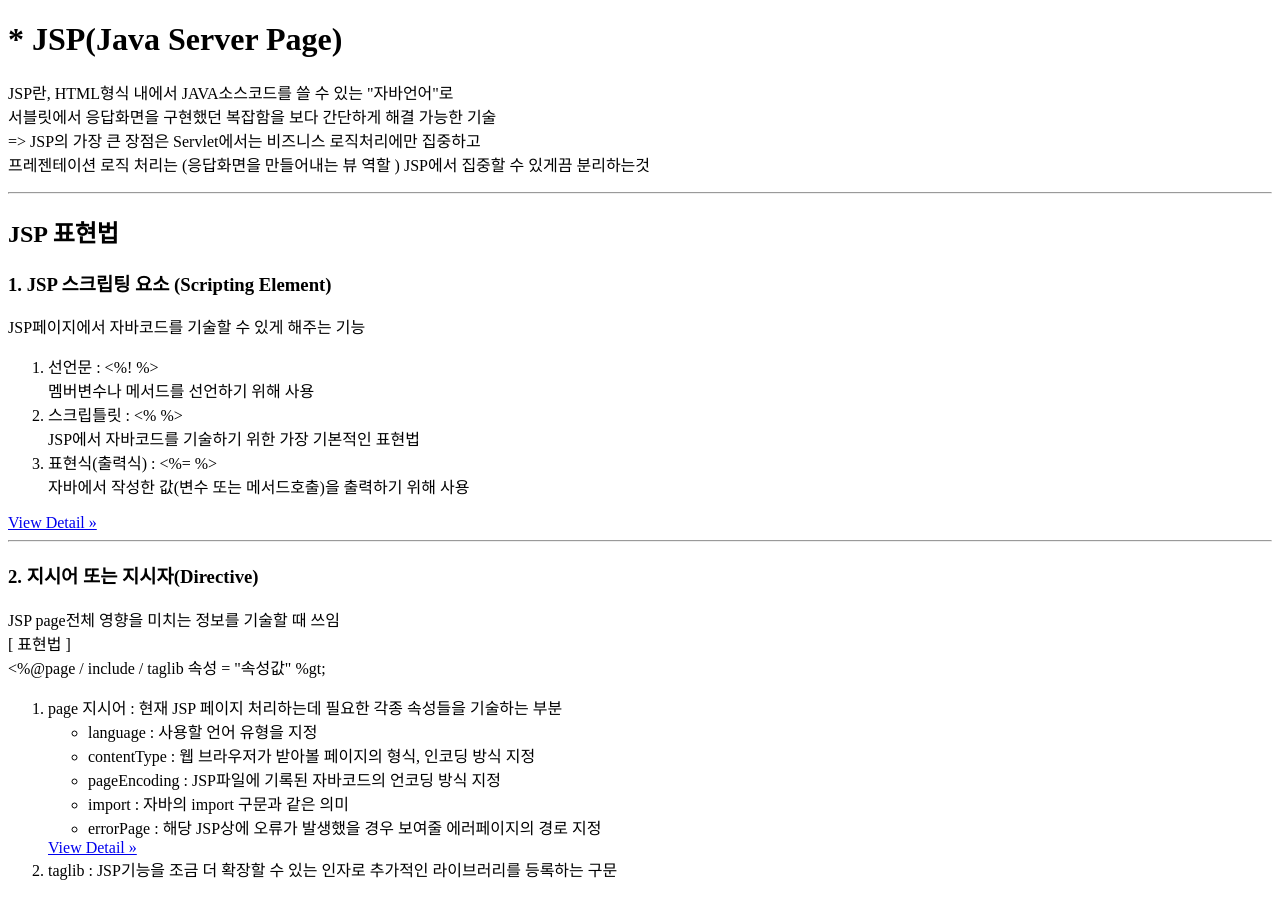
Repository: DonghwanSon1/StudyAndSubwayStore
Page: 2_JSP/WebContent/index.html
These files come from the project's save history. The page is drawn as it stood at one moment and after the next save; the edit follows.
The browser window is 1280 px wide. The pictures show the whole page.

Above is the page before, as saved 2022-06-02 07:17:40.

After the next save:
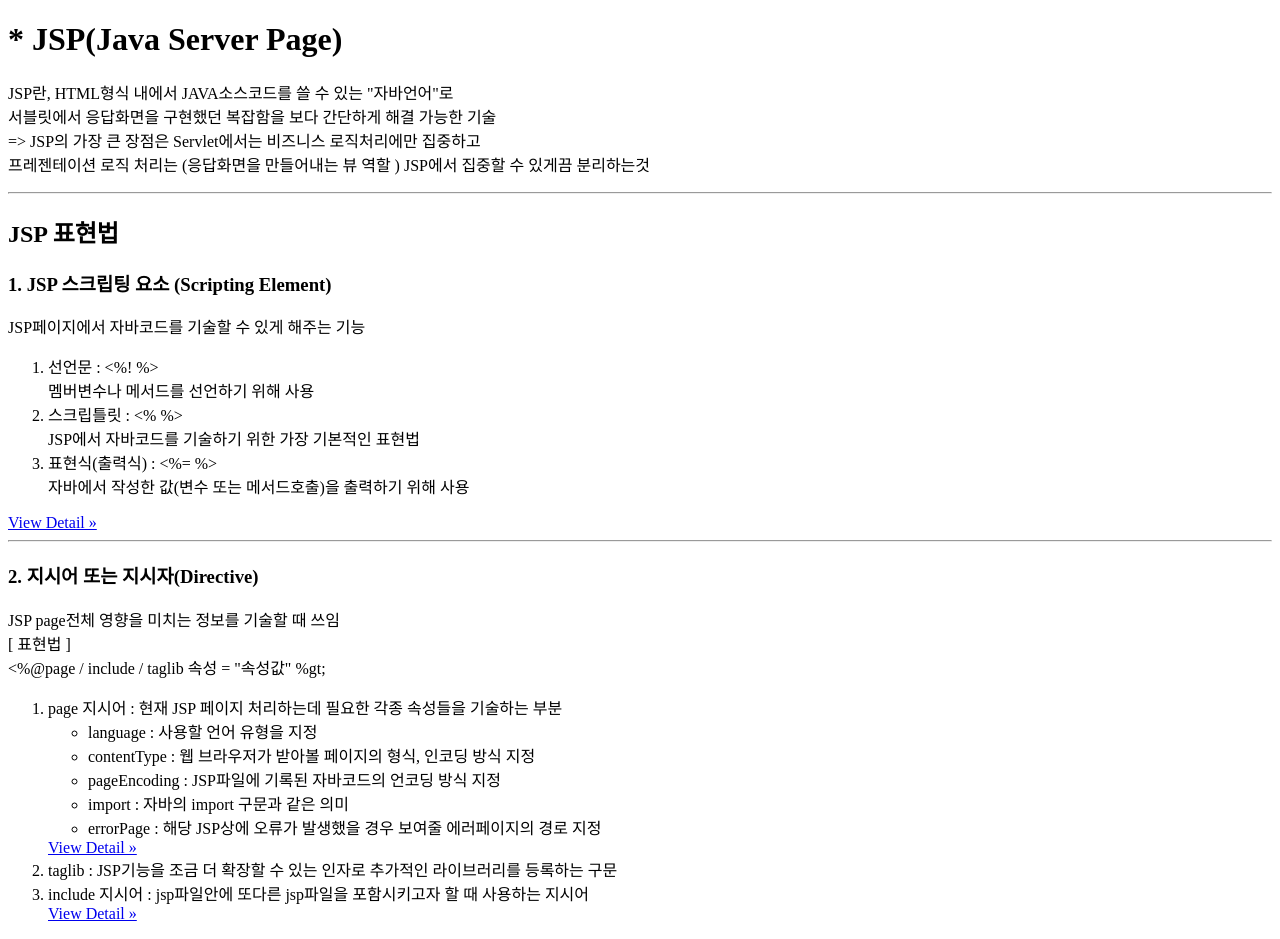
Saved 115 s later.
--- a/2_JSP/WebContent/index.html
+++ b/2_JSP/WebContent/index.html
@@ -67,6 +67,10 @@
 		<li>
 			taglib : JSP기능을 조금 더 확장할 수 있는 인자로 추가적인 라이브러리를 등록하는 구문 <br>
 		</li>
+		<li>
+			include 지시어 : jsp파일안에 또다른 jsp파일을 포함시키고자 할 때 사용하는 지시어 <br>
+			<a href="views/03_DirectiveInclude.jsp">View Detail &raquo;</a>
+		</li>
 	</ol>
 
 
